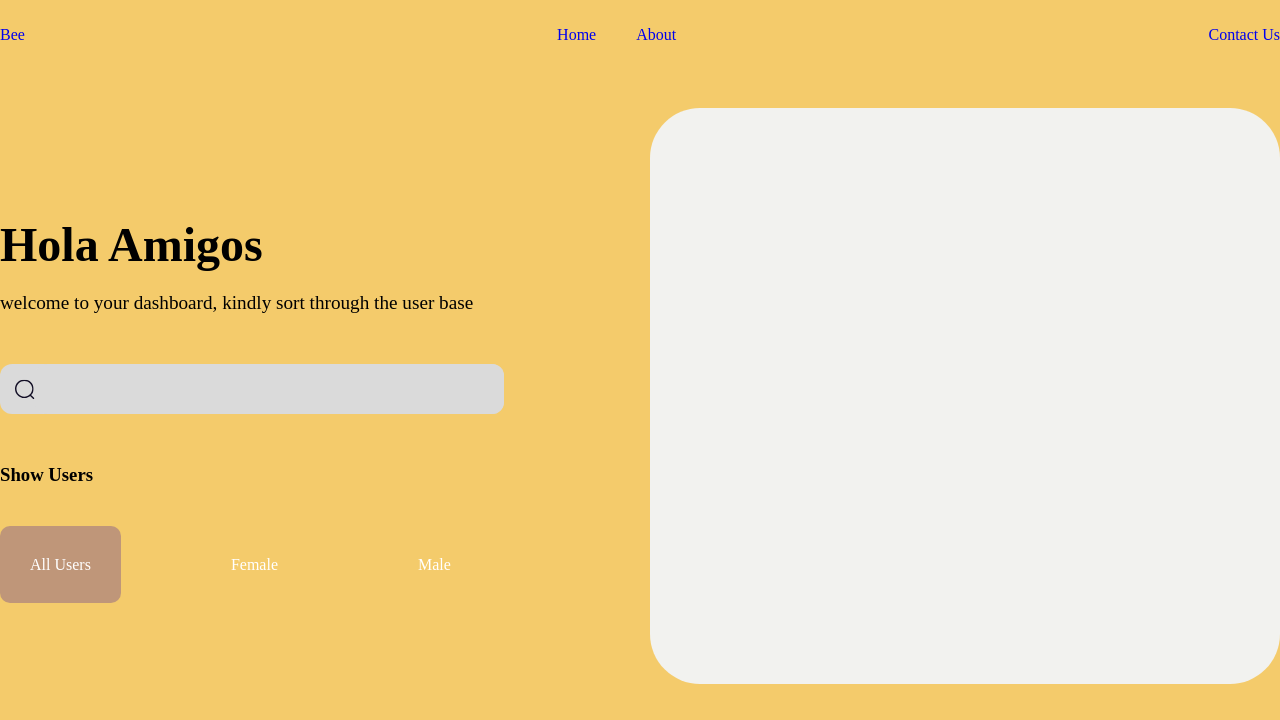
Repository: ble-syn/Random-user-generator-app
Page: /
These files come from the project's save history. The page is drawn as it stood at one moment and after the next save; the edit follows.
The browser window is 1280 px wide. The pictures show the whole page.
The project was rebuilt for these pictures with package versions that can differ from the ones it lists, and the page was loaded fresh each time. Also part of the build but not shown: src/pages/About.jsx, src/pages/Policy.jsx, src/pages/Terms.jsx, src/pages/Contact.jsx, src/pages/NotFound.jsx.

Above is the page before, as saved 2022-10-26 20:34:15.

### src/index.css
*{
  margin: 0;
  padding: 0;
  box-sizing: border-box;
}
a {
  text-decoration: none;
}

body {
  background-color: #F4CB6B;
}
.container {
  width: 100%;
  max-width: 1300px;
  margin: 0 auto;

}

nav {
  display: flex;
  justify-content: space-between;
  margin: 2% 0 5%;
}
.menu {
  margin: 0 20px;
}

.home-container{
  display: flex;

  align-items: center;
}
/* LEFT STYLES */
#left {
  flex: 5;
}
#left h1 {
  font-size: 3rem;
  font-weight: 700;
  margin-bottom: 20px;
}
#left p {
  font-size: 1.2rem;
  margin-bottom: 20px;
}
.search-input {
  width: 80%;
  background-color: #dadada;
  border-radius: 12px;
  border: none;
  display: flex;
  place-items: center;
  padding-left: 15px;
  margin: 50px 0;
}
input {
  border: none;
  border-radius: 12px;
  background-color: inherit;
  width: 100%;
  height: 50px;
  padding-left: 5px;
  font-size: 20px;
}
input:focus {
  outline: none;
}
input::placeholder {
  color: #171717;
}
.user-link-cont {
  margin-top: 70px;
}
.user-link{
  margin-right: 80px;
  padding: 30px;
  border-radius: 10px;
  color: #FFF;
  cursor: pointer;
}
.all-user {
  background-color: #BF9679;
}
.f-user{
  background-color: #F97661;
}
.m-user{
background-color: #8DCC50;
}

#right{
  height: 80vh;
 flex: 5;
  margin-left: 20px;
  background-color: #F2F2EF;
  border-radius: 50px;
}

### src/App.js
import { BrowserRouter as Router, Routes, Route, Navigate} from "react-router-dom";
import Navbar from "./components/Navbar";
import Home from "./pages/Home";
import About from "./pages/About";
import Policy from "./pages/Policy";
import Terms from "./pages/Terms";
import Contact from "./pages/Contact";
import NotFound from "./pages/NotFound";

function App() {
  return (
    <div className="container">
      <Router>
      <Navbar />
        <Routes>
          <Route path="/" element={<Home />} />
          <Route path="/about" element={<About />}>
            <Route path="policy" element={<Policy />} />
            <Route path="terms" element={<Terms />} />
          </Route>
          <Route path="/contact" element={<Contact />} />
          <Route path="/not-found" element={<NotFound />} />
          <Route path="*" element={<Navigate to="/not-found" />} />
        </Routes>
      </Router>

    </div>
  );
}

export default App;

### src/components/Navbar.jsx
import React from "react";
import { Link } from "react-router-dom";

function Navbar() {
    return (
      <nav className="header">
        <div className="logo">
          <Link to="/">Bee</Link>
        </div>


        <div>
            <Link to="/" className="menu">Home</Link>

            <Link to="/about" className="menu">About</Link>
        </div>
        <div>
            <Link to="/contact">Contact Us</Link>
        </div>
      </nav>
    );
  }

export default Navbar;

### src/pages/Home.jsx
import { Link } from "react-router-dom";
import { ReactComponent as Search } from "../assets/Search.svg"


function Home() {

  return (
    <div className="home-container">
      <div id="left">
        <h1>Hola Amigos</h1>
        <p>welcome to your dashboard, kindly sort through the user base</p>
        <form action="" className="search-input">
          <Search />
          <input type="text" name="" id="" />
        </form>
        <h3>Show Users</h3>
        <div className="user-link-cont">
          <Link className="user-link all-user" to="/login">All Users</Link>
          <Link className="user-link female-user" to="/register">Female</Link>
          <Link className="user-link male-user" to="/about">Male</Link>
        </div>
      </div>


      <div id="right">

      </div>
    </div>
  );
}

export default Home;

Loaded but not shown: public/index.html (common file); src/index.js (common file); src/reportWebVitals.js (common file)

After the next save:
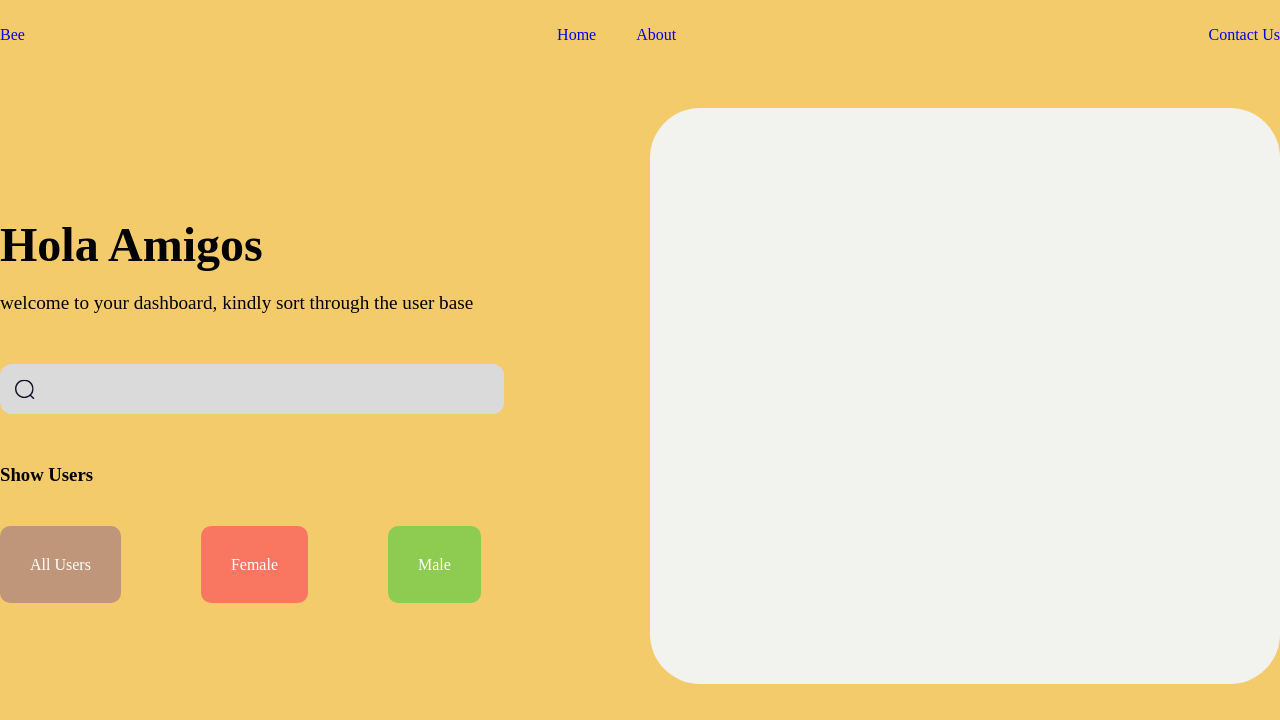
Saved 20 s later.
--- a/src/pages/Home.jsx
+++ b/src/pages/Home.jsx
@@ -16,8 +16,8 @@ function Home() {
         <h3>Show Users</h3>
         <div className="user-link-cont">
           <Link className="user-link all-user" to="/login">All Users</Link>
-          <Link className="user-link female-user" to="/register">Female</Link>
-          <Link className="user-link male-user" to="/about">Male</Link>
+          <Link className="user-link f-user" to="/register">Female</Link>
+          <Link className="user-link m-user" to="/about">Male</Link>
         </div>
       </div>
 
